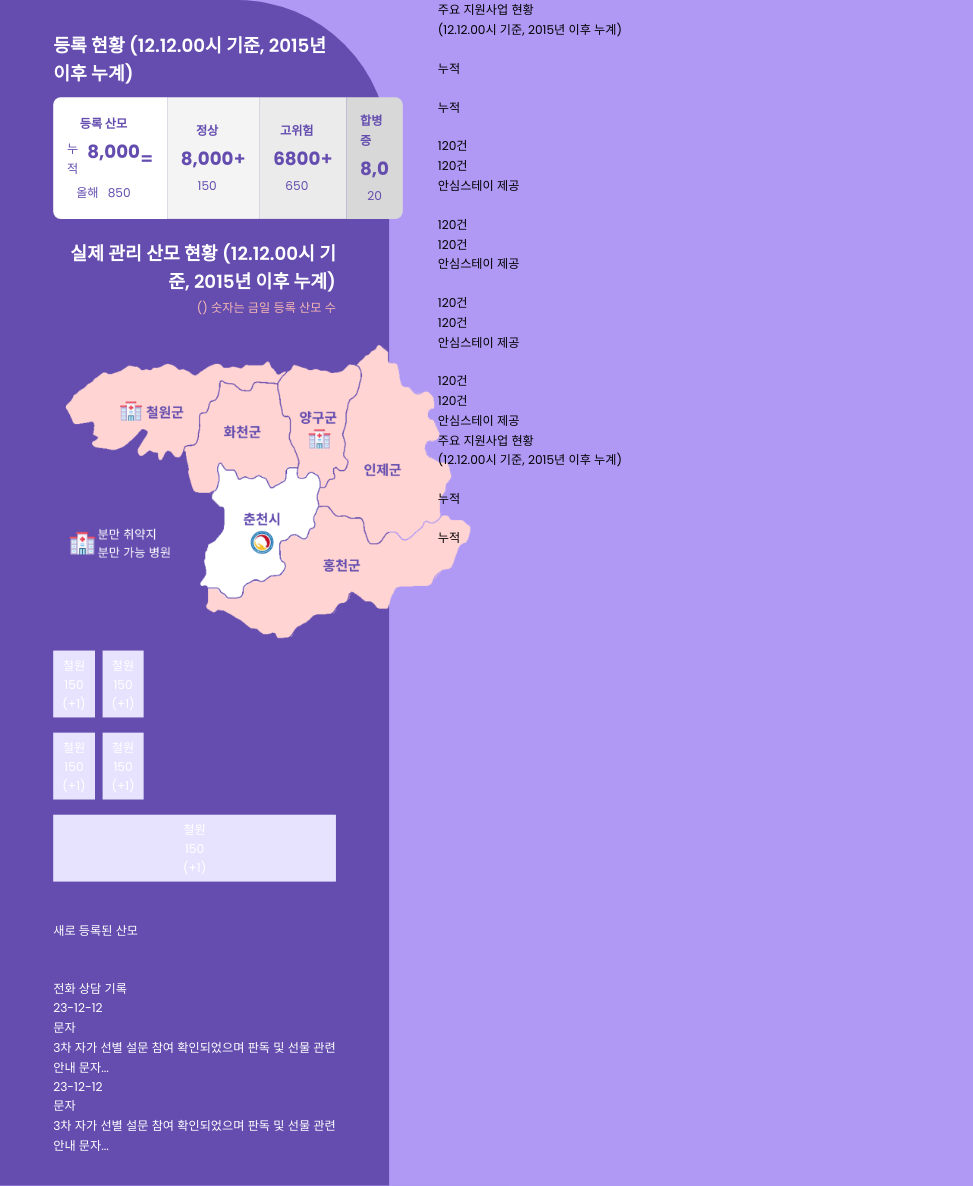
Repository: giapchicuong/Perganancy_Web
Page: index.html
The author's editor kept a copy of each file at every save. The page is drawn from the files as they stood at one save, then again after the next save.
The browser window is 1280 px wide. The pictures show the whole page, at 76% of full size.

Above is the page before, as saved 2024-03-06 17:45:43.

After the next save:
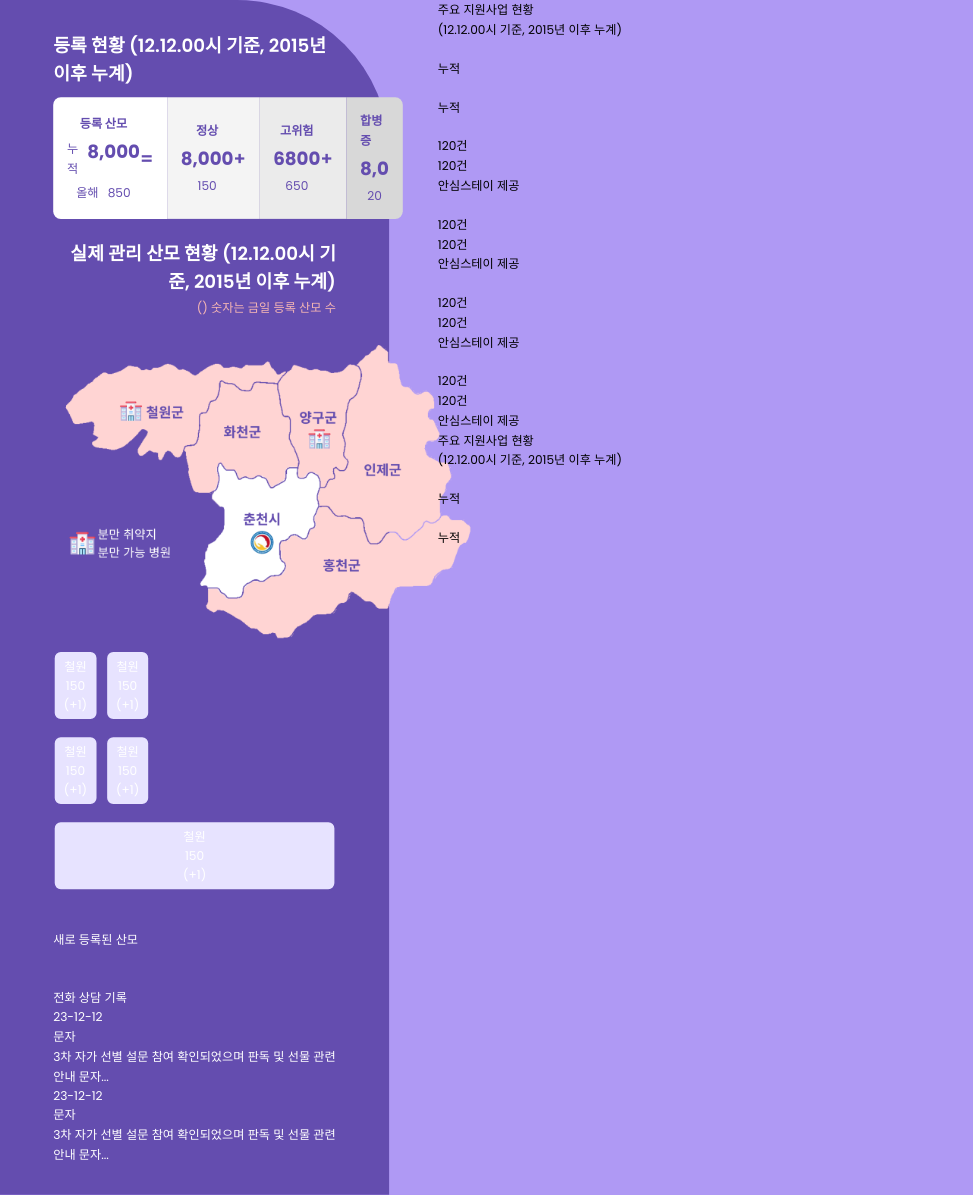
Saved 9 s later.
--- a/assets/style.css
+++ b/assets/style.css
@@ -129,4 +129,6 @@
     align-items: center;
     padding: 6px 12px;
     background-color: var(--purple);
+    border: 2px solid var(--primary);
+    border-radius: 10px;
 }
